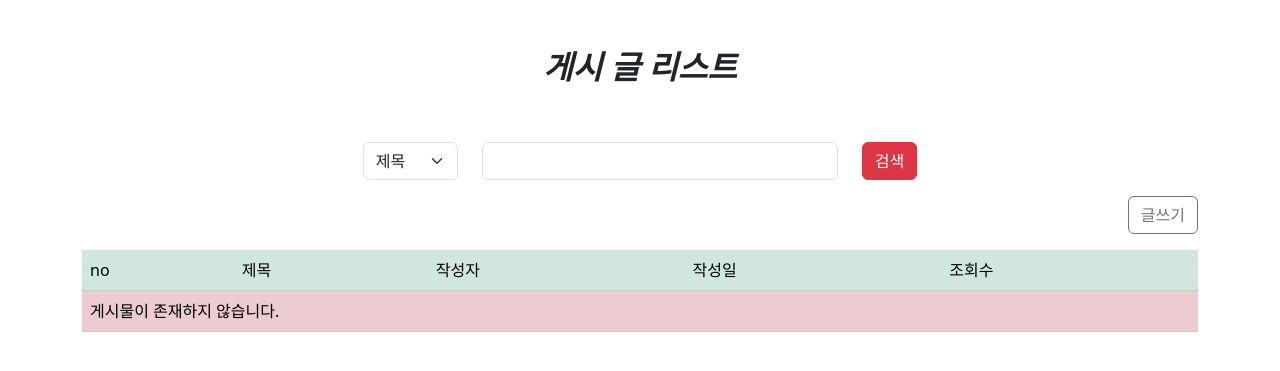
Repository: lopanghub/git_study
Page: http://localhost/JSPPracticech06/WEB-INF/board/boardList.jsp
An editor plug-in stored every save of this project. The page is shown before and after the next save, followed by the edit.
The browser window is 1280 px wide. The pictures show the whole page.
The page is served by Tomcat 9. Nobody is signed in. The template is opened directly, without the code that normally fills it, so the values that code supplies are empty.

Above is the page before, as saved 2024-04-09 07:27:27.

After the next save:
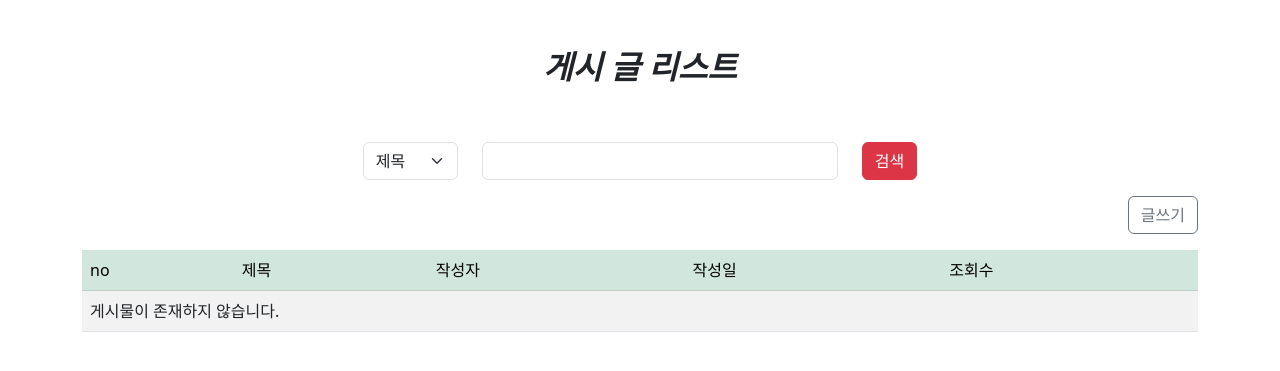
Saved 14 s later.
--- a/JSPStudy/JSPPracticech06/src/main/webapp/WEB-INF/board/boardList.jsp
+++ b/JSPStudy/JSPPracticech06/src/main/webapp/WEB-INF/board/boardList.jsp
@@ -64,7 +64,7 @@
 						</tr>
 					</thead>
 
-					<tbody class="table table-danger	">
+					<tbody class="table table-Secondary	">
 					<c:if test="${not empty bList }">
 						<!-- items에 스크립틀릿에서 정의한 boardList를 표현식으로 지정할 수 있다. -->
 						<c:forEach var="board" items="${bList }">
